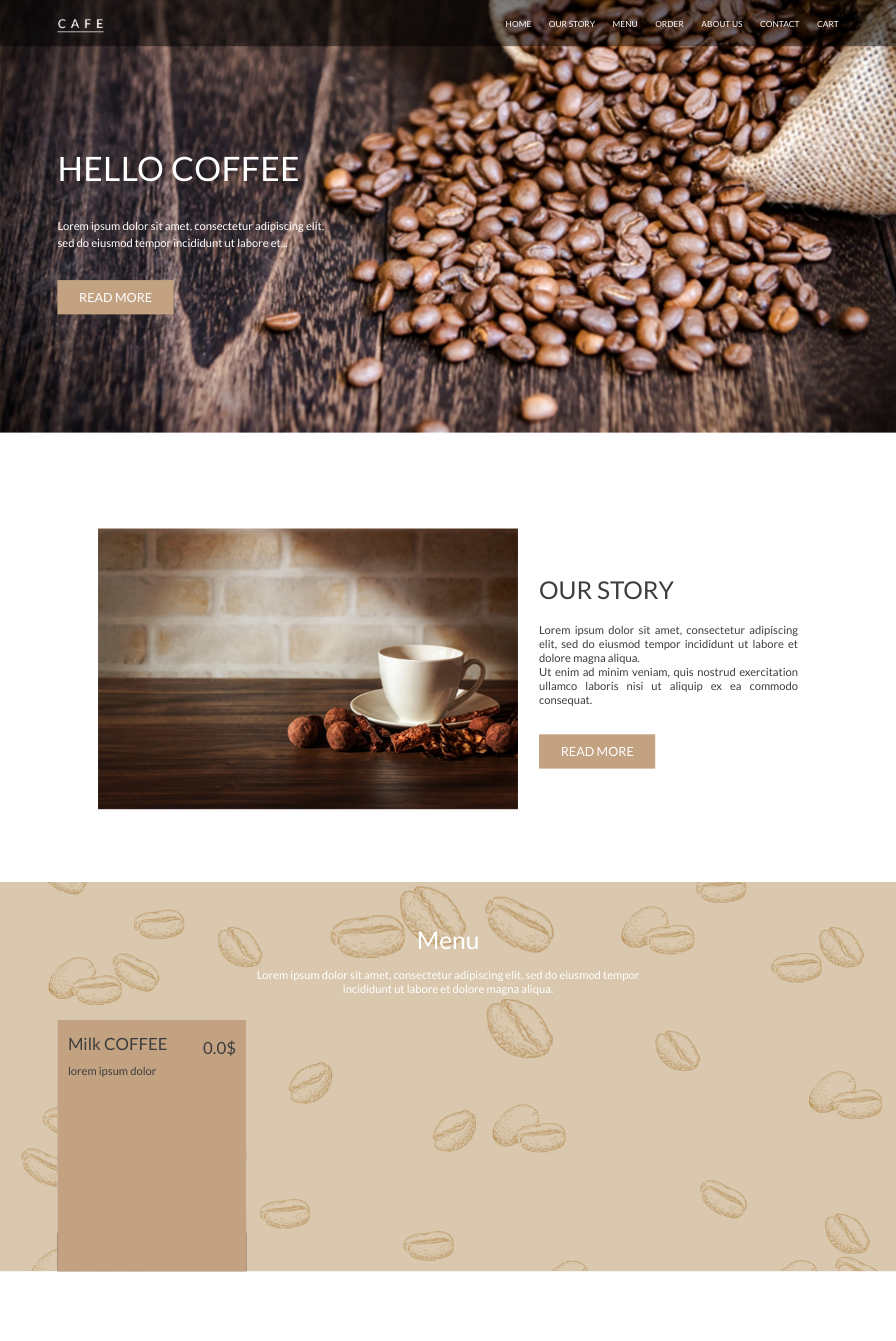
Repository: kuluong2000/coffe
Page: index.html
These files come from the project's save history. The page is drawn as it stood at one moment and after the next save; the edit follows.
The browser window is 1280 px wide. The pictures show the whole page, at 70% of full size.

Above is the page before, as saved 2021-10-04 21:44:33.

After the next save:
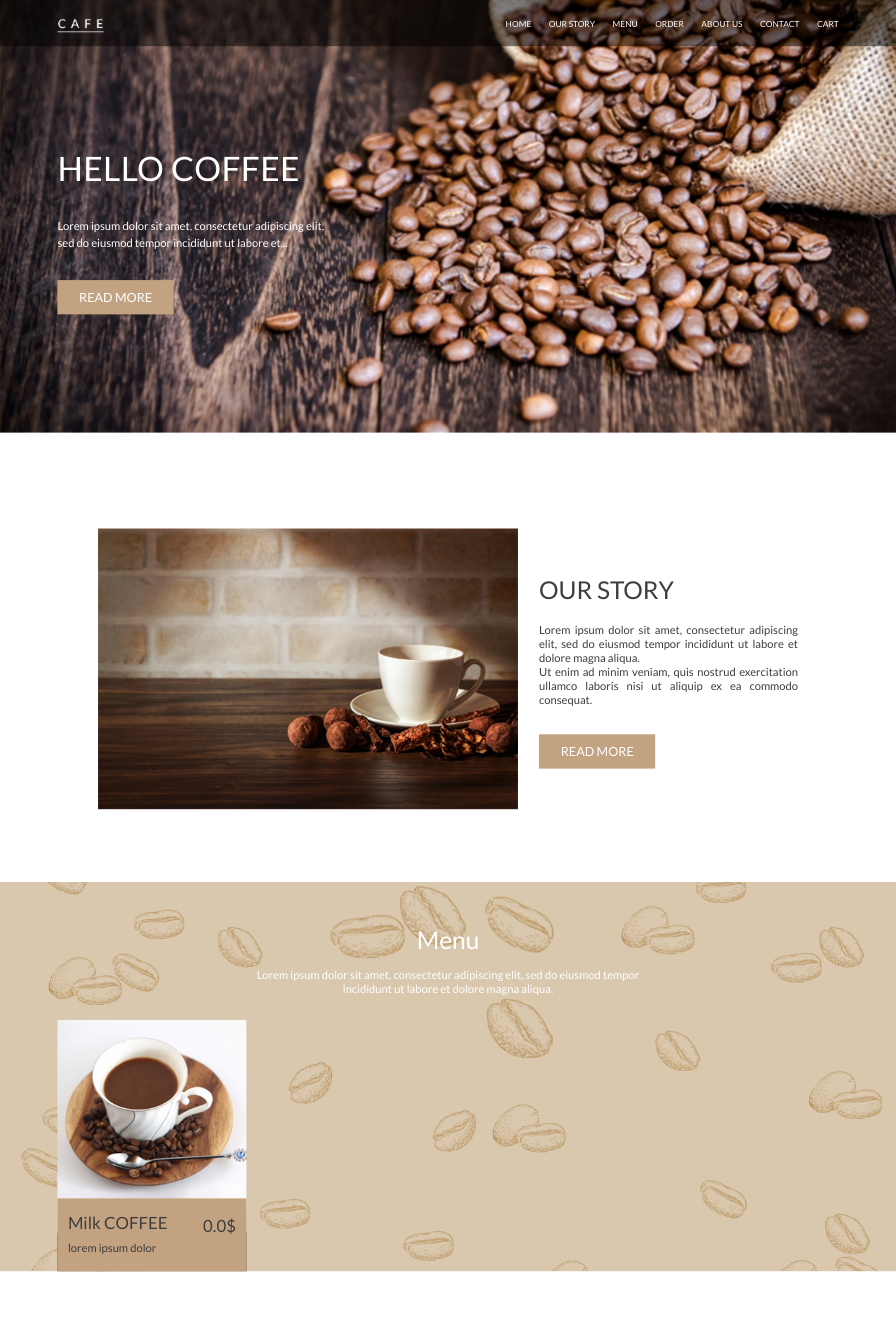
Saved 6 s later.
--- a/Assets/css/style.css
+++ b/Assets/css/style.css
@@ -173,7 +173,7 @@ body{
     width: 270px;
     position: absolute;
     bottom: 0;
-    top: 0;
+
     left: 0;
 }
 
